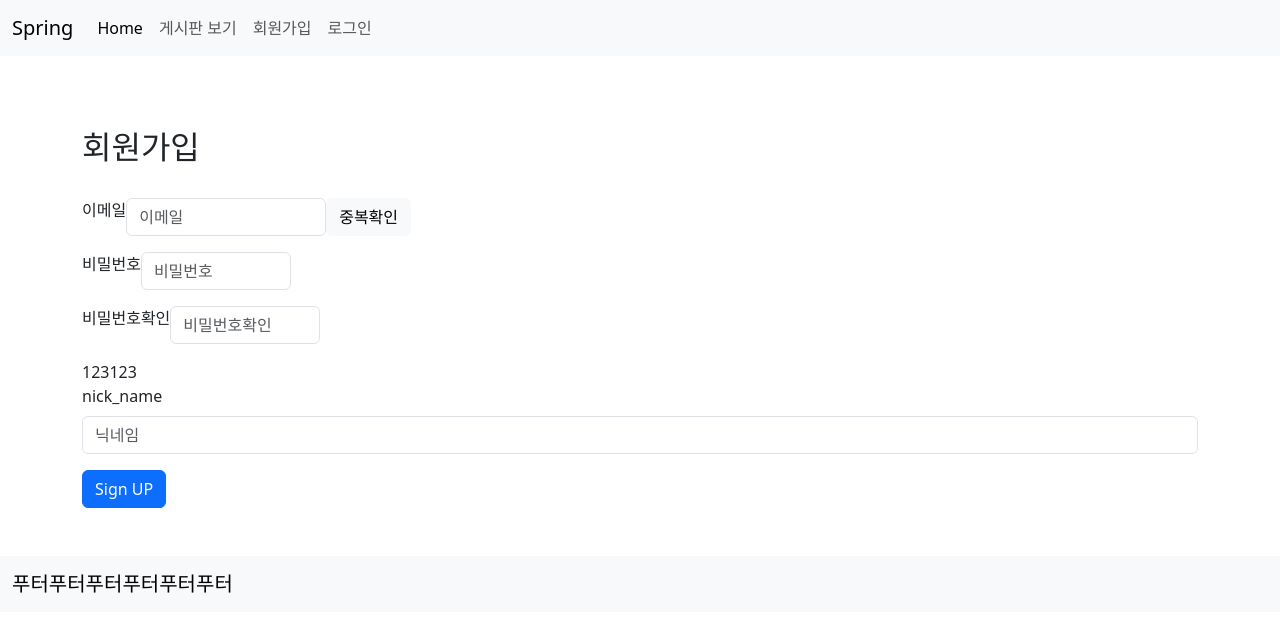
Repository: Jensuchan/spring_solo_project
Page: http://localhost/spring_test/WEB-INF/views/member/register.jsp
The author's editor kept a copy of each file at every save. The page is drawn from the files as they stood at one save, then again after a run of saves.
The browser window is 1280 px wide. The pictures show the whole page.
The page is served by Tomcat 9. Nobody is signed in. Other server files are loaded and not shown. The template is opened directly, without the code that normally fills it, so the values that code supplies are empty.

Above is the page before, as saved 2024-01-18 03:03:52.
Console error: TypeError: Cannot read properties of null (reading 'addEventListener')

### spring_test/src/main/webapp/WEB-INF/views/member/register.jsp
<%@ page language="java" contentType="text/html; charset=UTF-8"
	    pageEncoding="UTF-8"%>
<%@ taglib uri="http://java.sun.com/jsp/jstl/core" prefix="c"%>
<jsp:include page="../layout/header.jsp"></jsp:include>

<script src="https://cdn.jsdelivr.net/npm/bootstrap@5.3.1/dist/js/bootstrap.bundle.min.js" integrity="sha384-HwwvtgBNo3bZJJLYd8oVXjrBZt8cqVSpeBNS5n7C8IVInixGAoxmnlMuBnhbgrkm" crossorigin="anonymous"></script>

<div class="container-md">
	<br>
	<h2>회원가입</h2>
	<br>
	<form action="/member/register" method="post">
		<div class="mb-3" style="display: flex">
			<label for="email" class="form-label">이메일</label>
			<br>
			<input type="email" name="email" class="form-control" id="email" placeholder="이메일" style="width: 200px">
			<button type="button" class="btn btn-light" id="validationId">중복확인</button>
		</div>
		<div class="mb-3" style="display: flex">
			<label for="pwd" class="form-label">비밀번호</label>
			<input type="password" name="pwd" class="form-control" id="pwd" placeholder="비밀번호" style="width: 150px">
		</div>
		<div class="mb-3" style="display: flex">
			<label for="pwdConfirm" class="form-label">비밀번호확인</label>
			<input type="password" name="pwdConfirm" class="form-control" id="pwdConfirm" placeholder="비밀번호확인" style="width: 150px">
		</div>
		<span>123123</span>
		<div class="mb-3">
			<label for="nickName" class="form-label">nick_name</label>
			<input type="text" name="nickName" class="form-control" id="nickName" placeholder="닉네임">
		</div>
		<button type="submit" class="btn btn-primary">Sign UP</button>
	</form>
</div>

<script src="../resources/js/memberRegister.js"></script>


<jsp:include page="../layout/footer.jsp"></jsp:include>

### spring_test/src/main/webapp/WEB-INF/views/layout/header.jsp
<%@ taglib uri="http://java.sun.com/jsp/jstl/core" prefix="c"%>
<%@ page language="java" contentType="text/html; charset=UTF-8"
	pageEncoding="UTF-8"%>
<%@ taglib uri="http://www.springframework.org/security/tags"
	prefix="sec"%>
<!DOCTYPE html>
<html>
<head>
<meta charset="UTF-8">
<title>Insert title here</title>
<link
	href="https://cdn.jsdelivr.net/npm/bootstrap@5.3.1/dist/css/bootstrap.min.css"
	rel="stylesheet"
	integrity="sha384-4bw+/aepP/YC94hEpVNVgiZdgIC5+VKNBQNGCHeKRQN+PtmoHDEXuppvnDJzQIu9"
	crossorigin="anonymous">
<script
	src="https://cdn.jsdelivr.net/npm/bootstrap@5.3.1/dist/js/bootstrap.bundle.min.js"
	integrity="sha384-HwwvtgBNo3bZJJLYd8oVXjrBZt8cqVSpeBNS5n7C8IVInixGAoxmnlMuBnhbgrkm"
	crossorigin="anonymous"></script>
</head>
<style>
	.container-fluid{
		display: flex;
		justify-content: space-evenly;
		align-items: center;
	}
</style>

<body>

	<nav class="navbar navbar-expand-lg bg-body-tertiary">
		<div class="container-fluid">
			<a class="navbar-brand" href="/">Spring</a>
			<button class="navbar-toggler" type="button"
				data-bs-toggle="collapse" data-bs-target="#navbarSupportedContent"
				aria-controls="navbarSupportedContent" aria-expanded="false"
				aria-label="Toggle navigation">
				<span class="navbar-toggler-icon"></span>
			</button>
			<div class="collapse navbar-collapse" id="navbarSupportedContent">
				<ul class="navbar-nav me-auto mb-2 mb-lg-0">
					<li class="nav-item"><a class="nav-link active"
						aria-current="page" href="/">Home</a></li>
					<li class="nav-item"><a class="nav-link" href="/board/list">게시판 보기</a></li>

					<!-- 현재 인증한 사용자의 정보를 가져와서 해당 권한이 있는지 확인 -->
					<!-- 현재 사용자의 정보는 principal  -->
					<!-- anyMatch() : stream 매칭 메서드(최소한 1개의 요소가 주어진 조건에 맞는지 조사) -->

					<sec:authorize access="isAuthenticated()">
						<sec:authentication property="principal.mvo.email" var="authEmail" />
						<sec:authentication property="principal.mvo.nickName" var="authNick" />
						<sec:authentication property="principal.mvo.authList" var="auths" />

						<li class="nav-item"><a class="nav-link" href="/board/register">게시판글쓰기</a></li>
						<li class="nav-item"></li><a class="nav-link" href="/member/detail">내정보보기</a>
						<li class="nav-item"><a class="nav-link" href="/member/logout">로그아웃</a></li>
						<a href="/member/logout"><button type="button" hidden id="trigger"></button></a>
					</sec:authorize>
					<sec:authorize access="isAnonymous()">
						<li class="nav-item"><a class="nav-link" href="/member/register">회원가입</a></li>
						<li class="nav-item"><a class="nav-link" href="/member/login">로그인</a></li>
					</sec:authorize>
				</ul>
			</div>
		</div>
	</nav>

	<br><br>

### spring_test/src/main/webapp/WEB-INF/views/layout/footer.jsp
<%@ page language="java" contentType="text/html; charset=UTF-8"
    pageEncoding="UTF-8"%>
<br><br>
<nav class="navbar navbar-expand-lg bg-body-tertiary">
		<div class="container-fluid">
			<a class="navbar-brand" href="/">푸터푸터푸터푸터푸터푸터</a>

			<div class="collapse navbar-collapse" id="navbarSupportedContent">
			</div>
		</div>
	</nav>
</body>
</html>

### spring_test/src/main/webapp/resources/js/memberRegister.js
console.log('memberRegister 입장');

let confirmId = false;


//중복확인버튼 클릭이벤트
document.getElementById('validationId').addEventListener('click', () => {
    let email = document.getElementById('email');
    console.log(email.value);
    if (email.value == null || email.value == "") {
        alert('아이디를 입력해주세요.');
        email.focus();
        return false;
    } else {
        validationIdConfirm(email.value).then(result => {
            if (result == "1") {
                alert('사용 가능한 이메일입니다.');
                confirmId = true;
            } else if (result == "0") {
                alert('이미 존재하는 이메일입니다.');
                email.value = '';
            }
        })
    }
})
//비동기 이메일 중복확인
async function validationIdConfirm(email) {
    try {
        const url = "/member/" + email;
        const resp = await fetch(url);
        const result = await resp.text();
        return result;
    } catch (error) {
        console.log(error);
    }
}

//회원가입버튼 눌렀을때 이벤트
document.getElementById('submitBtn').addEventListener('click', () => {
    let isOk = registerValidation();
    if (isOk == 0) {
        alert('이메일을 입력해주세요.');
        return false;
    } else if (isOk == 1) {
        alert('비밀번호를 입력해주세요.');
    } else if (isOk == 2) {
        alert('비밀번호 확인을 입력해주세요.');
        return false;
    } else if (isOk == 3) {
        alert('닉네임을 입력해주세요.');
        return false;
    } else if (isOk == 4) {
        alert('비밀번호가 일치하지 않습니다.');
        return false;
    } else if (!confirmId) {
        alert('아이디를 중복확인해주세요.');
    } else {
        alert('회원가입되었습니다. 로그인해주세요.');
        document.getElementById('form').submit();
    }
});

//비밀번호 중복체크 이벤트
document.addEventListener('input', (e) => {
    if (e.target.id == 'pwdConfirm' || e.target.id == 'pwd') {
        const pwd = document.getElementById('pwd').value;
        const pwdConfirm = document.getElementById('pwdConfirm').value;
        const span = document.getElementById('confirmText');
        if (pwd != pwdConfirm) {
            span.setAttribute("style", "color: red");
            span.innerText = '비밀번호가 일치하지 않습니다.';
        } else {
            span.setAttribute("style", "color: blue");
            span.innerText = '비밀번호가 일치합니다.';
        }
    }
})

function registerValidation() {
    const email = document.getElementById('email').value;
    const pwd = document.getElementById('pwd').value;
    const pwdConfirm = document.getElementById('pwdConfirm').value;
    const nickName = document.getElementById('nickName').value;
    if (email == null || email == "") {
        return 0;
    } else if (pwd == null || pwd == "") {
        return 1;
    } else if (pwdConfirm == null || pwdConfirm == "") {
        return 2;
    } else if (nickName == null || nickName == "") {
        return 3;
    } else if (pwd != pwdConfirm) {
        return 4;
    } else {
        return 5;
    }
}

After the next 2 saves:
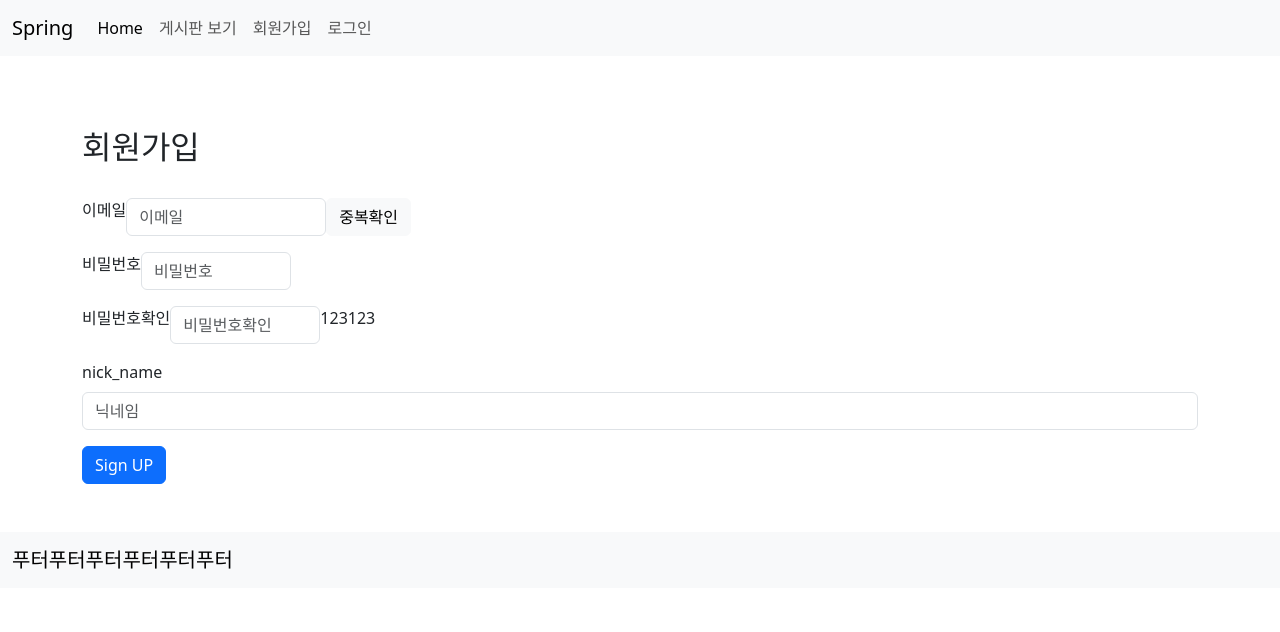
The 2 saves are shown as one change because they came seconds apart.
The last was saved 2 min 40 s later.
--- a/spring_test/src/main/webapp/WEB-INF/views/member/register.jsp
+++ b/spring_test/src/main/webapp/WEB-INF/views/member/register.jsp
@@ -23,8 +23,8 @@
 		<div class="mb-3" style="display: flex">
 			<label for="pwdConfirm" class="form-label">비밀번호확인</label>
 			<input type="password" name="pwdConfirm" class="form-control" id="pwdConfirm" placeholder="비밀번호확인" style="width: 150px">
+			<span>123123</span>
 		</div>
-		<span>123123</span>
 		<div class="mb-3">
 			<label for="nickName" class="form-label">nick_name</label>
 			<input type="text" name="nickName" class="form-control" id="nickName" placeholder="닉네임">
